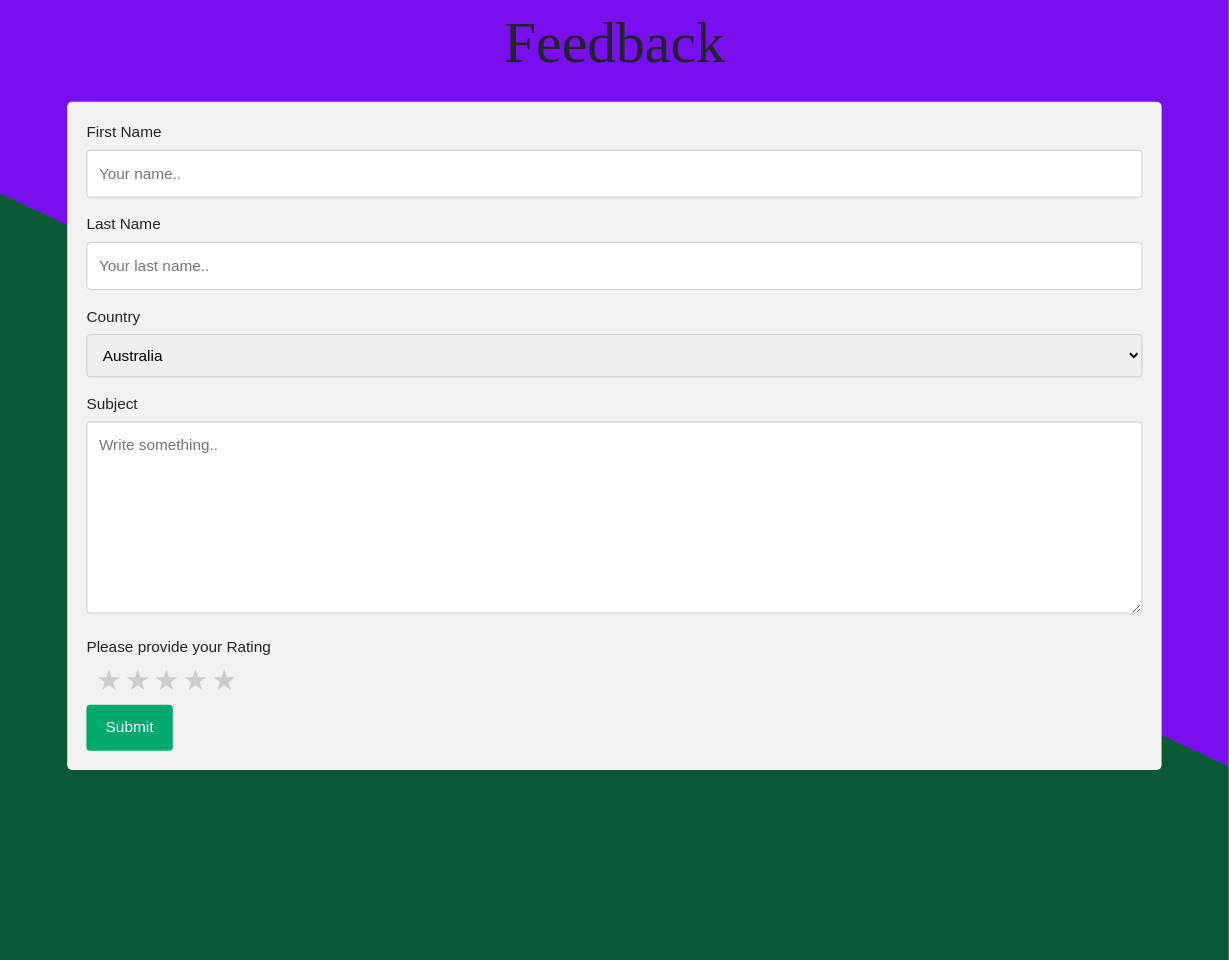
Repository: poornasyamasundar/Software-Project-Manager
Page: SoftwareManager/Templates/feedback.html
An editor plug-in stored every save of this project. The page is shown before and after the next save, followed by the edit.
The browser window is 1280 px wide. The pictures show the whole page, at 96% of full size.

Above is the page before, as saved 2021-10-23 21:22:06.

After the next save:
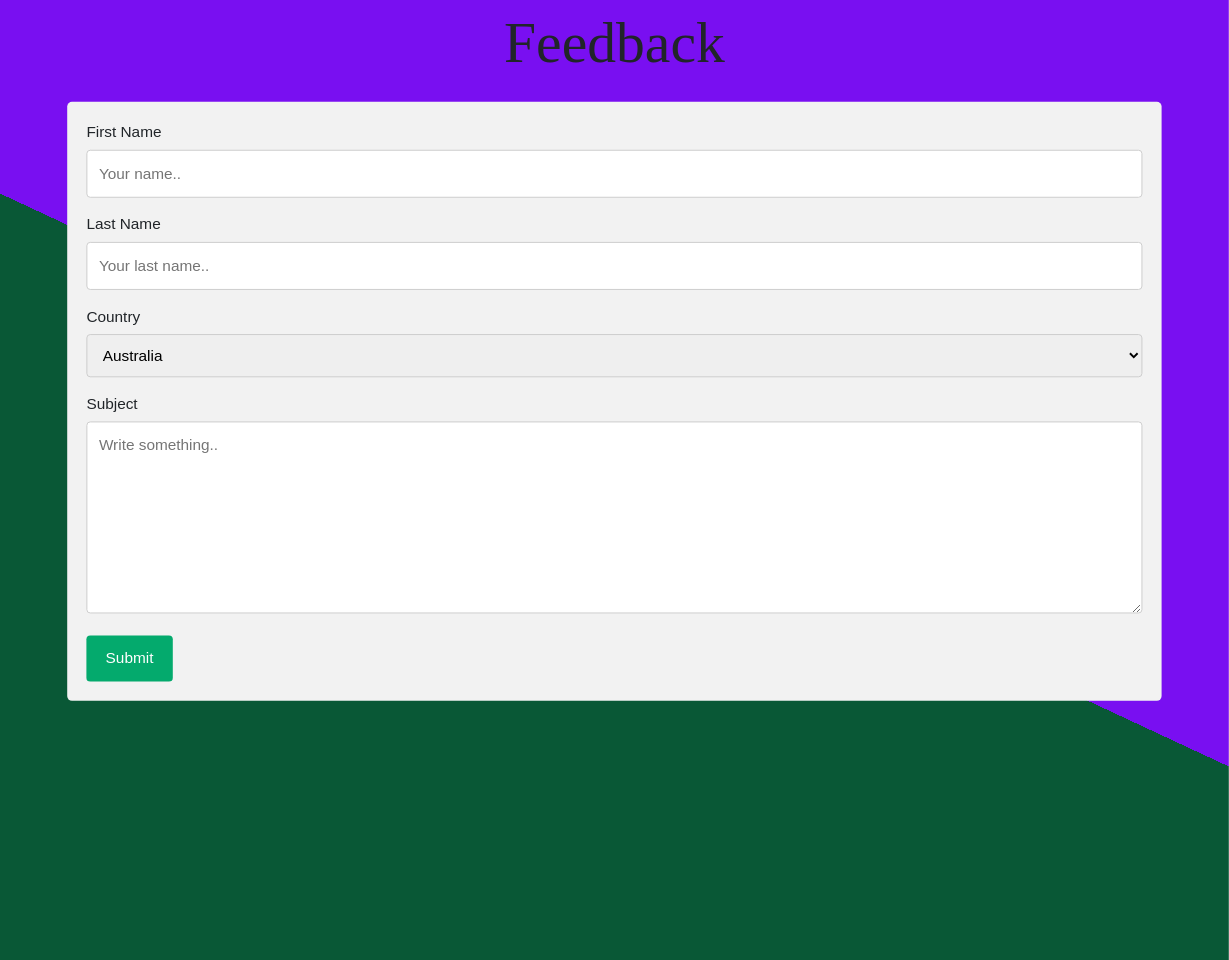
Saved 18 s later.
--- a/SoftwareManager/Templates/feedback.html
+++ b/SoftwareManager/Templates/feedback.html
@@ -118,24 +118,7 @@
     <label for="subject">Subject</label>
     <textarea id="subject" name="subject" placeholder="Write something.." style="height:200px"></textarea>
 
-    <label for="rating">Please provide your Rating</label>
-    <br>
-    <div class="rate">
-        <input type="radio" id="star5" name="rate" value="5" />
-        <label for="star5" title="text">5 stars</label>
-        <input type="radio" id="star4" name="rate" value="4" />
-        <label for="star4" title="text">4 stars</label>
-        <input type="radio" id="star3" name="rate" value="3" />
-        <label for="star3" title="text">3 stars</label>
-        <input type="radio" id="star2" name="rate" value="2" />
-        <label for="star2" title="text">2 stars</label>
-        <input type="radio" id="star1" name="rate" value="1" />
-        <label for="star1" title="text">1 star</label>
-      </div>
 
-      <br>
-
-      <br>
     <input type="submit" value="Submit">
   </form>
 </div>
